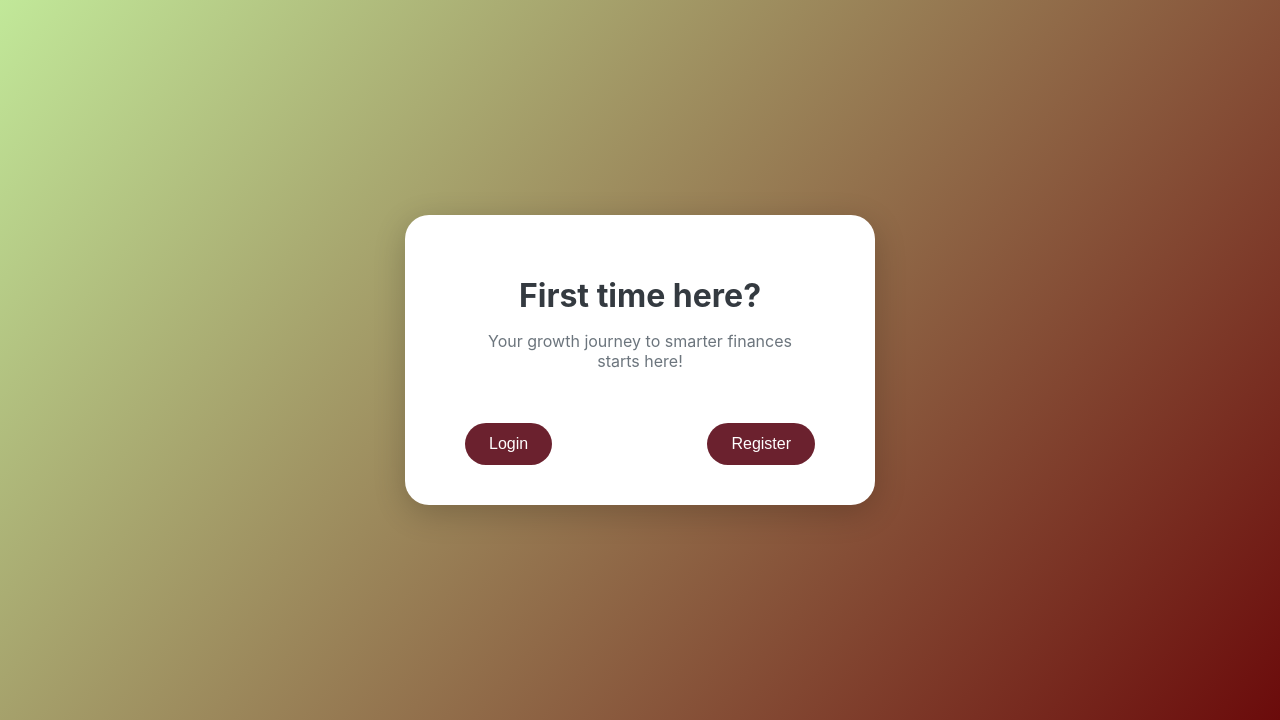
Repository: aab232/https---github.com-aab232-Deferred-Payment-Platform
Page: / (app in frontend/)
An editor plug-in stored every save of this project. The page is shown before and after the next save, followed by the edit.
The browser window is 1280 px wide. The pictures show the whole page.
The project was rebuilt for these pictures with package versions that can differ from the ones it lists, and the page was loaded fresh each time. Also part of the build but not shown: frontend/src/components/Register.js, frontend/src/components/Login.js, frontend/src/components/Main.js.

Above is the page before, as saved 2025-03-19 13:43:47.

### frontend/src/App.js
import React from 'react';
import { BrowserRouter as Router, Routes, Route } from 'react-router-dom';
import Home from './components/Home';
import Register from './components/Register';
import Login from './components/Login';
import Main from './components/Main';

const App = () => {
  return (
    <Router>
      <Routes>
        <Route path="/" element={<Home />} />
        <Route path="/login" element={<Login />} />
        <Route path="/register" element={<Register />} />
        <Route path="/main" element={<Main />} />
      </Routes>
    </Router>
  );
};

export default App;

### frontend/src/components/Home.js
import React from 'react';
import { useNavigate } from 'react-router-dom';
import './Home.css';

const Home = () => {
  const navigate = useNavigate();

  return (
    <div className="container">
      <div className="card">
        <h1>First time here?</h1>
        <p>Your growth journey to smarter finances starts here!</p>
        <div className="button-group">
          <button onClick={() => navigate('/login')} className="btn">Login</button>
          <button onClick={() => navigate('/register')} className="btn">Register</button>
        </div>
      </div>
    </div>
  );
};

export default Home;

### frontend/src/components/Home.css
.container {
    display: flex;
    justify-content: center;
    align-items: center;
    height: 100vh; /* Full viewport height */
    background: linear-gradient(135deg, #252f3b, #252d3b); /* Elegant gradient */
  }

  .card {
    text-align: center;
    background: #fff;
    padding: 40px 60px;
    border-radius: 24px;
    box-shadow: 0 8px 32px rgba(0, 0, 0, 0.2);
    max-width: 350px;
    width: 100%;
  }

  h1 {
    margin-bottom: 16px;
    font-size: 28px;
    color: #252f3b;
  }

  p {
    margin-bottom: 32px;
    font-size: 16px;
    color: #555;
  }

  .button-group {
    display: flex;
    justify-content: space-between;
  }

  .btn {
    padding: 12px 24px;
    font-size: 16px;
    border: none;
    border-radius: 30px; /* Rounded buttons */
    cursor: pointer;
    transition: background 0.3s ease;
    color: white;
    background: #252f3b;
  }

  .btn:hover {
    background: #252f3b; /* Button hover effect */
  }

### frontend/src/components/Form.css
.container {
    display: flex;
    justify-content: center;
    align-items: center;
    height: 100vh;
    background: linear-gradient(130deg, #C1E899, #6b0b0b);
  }

  .form-card {
    background: white;
    padding: 40px 60px;
    border-radius: 24px;
    box-shadow: 0 8px 32px rgba(0, 0, 0, 0.2);
    max-width: 400px;
    width: 100%;
    text-align: center;
  }

  h2 {
    color: #252f3b;
  }

  input {
    display: block;
    width: 100%;
    margin: 10px 0;
    padding: 12px;
    border: 1px solid #ddd;
    border-radius: 30px;
  }

  .btn {
    padding: 12px 24px;
    margin-top: 20px;
    border-radius: 30px;
    border: none;
    color: white;
    background: #6b212e;
    cursor: pointer;
  }

  .btn:hover {
    background: #a41b34;
  }

  .link {
    color: #6b212e;
    cursor: pointer;
  }

### frontend/src/components/Main.css
.main-container {
    display: flex;
    flex-direction: column;
    align-items: center;
    justify-content: center;
    height: 100vh;
    background: #f8f9fa;
  }

  .taskbar {
    position: absolute;
    top: 20px;
    right: 40px;
    display: flex;
    gap: 20px;
  }

  .tab {
    cursor: pointer;
    padding: 8px 16px;
    border-radius: 8px;
    transition: background 0.3s ease;
  }

  .tab:hover {
    background: #007bff;
    color: white;
  }

  .logout {
    color: red;
  }

  h1 {
    font-size: 2rem;
    color: #343a40;
  }

  p {
    color: #6c757d;
  }

Loaded but not shown: frontend/public/index.html (common file); frontend/src/index.js (common file); frontend/src/index.css (common file)

After the next save:
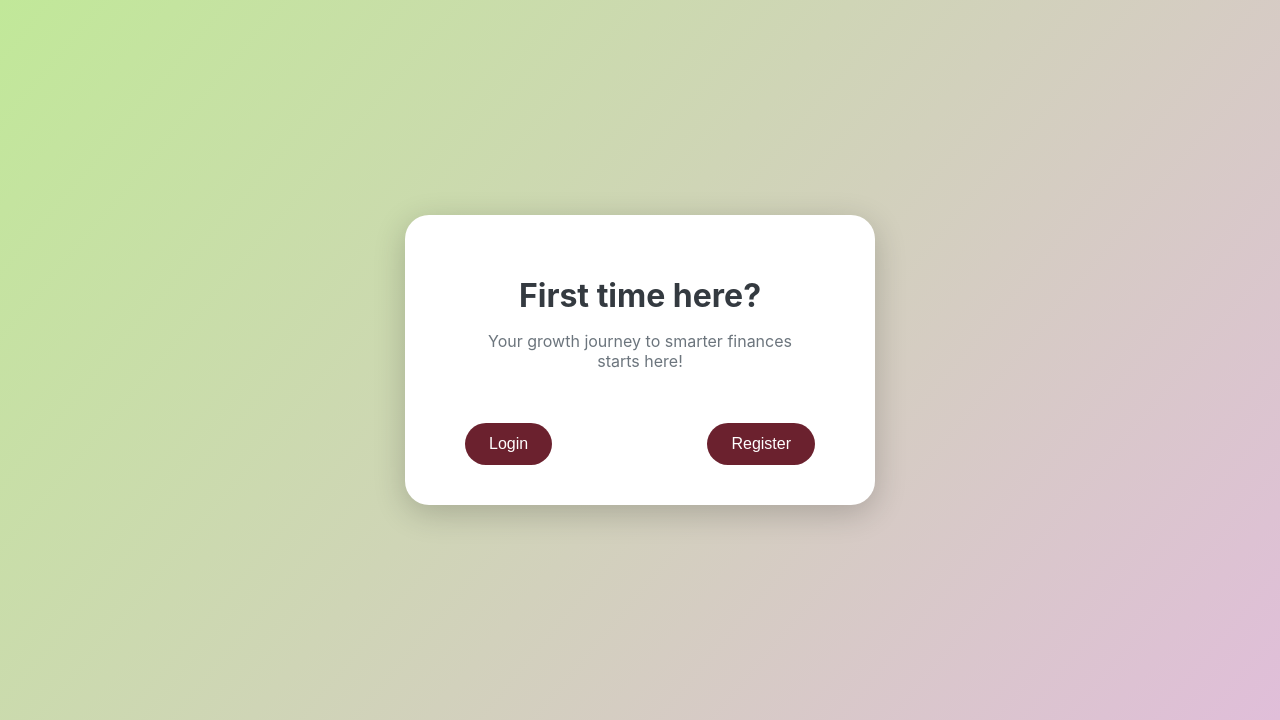
Saved 9 s later.
--- a/frontend/src/components/Form.css
+++ b/frontend/src/components/Form.css
@@ -3,7 +3,7 @@
     justify-content: center;
     align-items: center;
     height: 100vh;
-    background: linear-gradient(130deg, #C1E899, #6b0b0b);
+    background: linear-gradient(130deg, #C1E899, #e0bed9);
   }
 
   .form-card {
